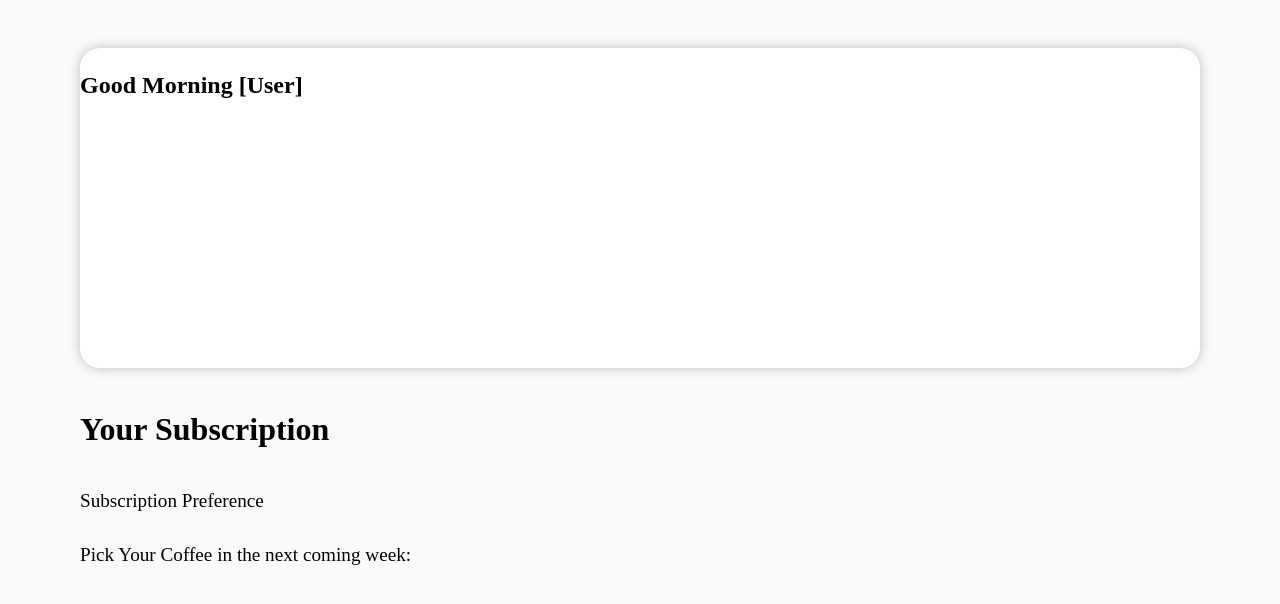
Repository: Haydenleung/COMP-4170-Final-Project
Page: http://localhost/main
An editor plug-in stored every save of this project. The page is shown before and after the next save, followed by the edit.
The browser window is 1280 px wide. The pictures show the whole page.
The page is served by the project's Node server (app.js).

Above is the page before, as saved 2024-03-22 17:40:58.

### views/main.ejs
<%- include('partials/header') %>


    <div class="main-container">
        <div class="main-subcontainer">
            <div class="main-welcome">
                <div class="main-greeting">
                    <h3>Good Morning [User]</h3>
                    <p></p>
                </div>
                <div class="main-feature"></div>
            </div>
            <div class="logo"></div>
        </div>
        <div class="main-content">
            <h4>Your Subscription</h4>
            <div>
                <h5>Subscription Preference</h5>
                <div></div>
            </div>
            <div>
                <h5>Pick Your Coffee in the next coming week:</h5>
                <div></div>
            </div>
        </div>
    </div>

    <%- include('partials/footer') %>

### views/partials/header.ejs
<!DOCTYPE html>
<html lang="en">

<head>
    <meta charset="UTF-8" />
    <meta http-equiv="X-UA-Compatible" content="IE=edge" />
    <meta name="viewport" content="width=device-width, initial-scale=1.0" />
    <link rel="stylesheet" href="styles/main.css" />
    <title>Subscriber Portal</title>
</head>

<body>
    <main>

### app.js
import express from "express";
import pg from "pg";

const app = express();
const port = 3000;

app.set('view engine', 'ejs');

app.use(express.urlencoded({ extended: true }));
app.use(express.static("public"));

app.get("/", (req, res) => {
    res.render("index.ejs");
});

app.get("/register", (req, res) => {
    res.render("register.ejs");
});

app.get("/main", (req, res) => {
    res.render("main.ejs");
});

app.listen(port, () => {
    console.log(`Server running on port ${port}`);
});

### public/styles/main.css
* {
    box-sizing: border-box;
    font-family: "Montserrat";
}

html {
    background-color: #FAFAFA;
    height: 100vh;
    padding: 0;
    margin: 0;
}

body {
    display: flex;
    flex-direction: column;
    padding: 0;
    margin: 0;
    height: 100%;
}

main {
    display: flex;
    flex-grow: 1;
}

.home {
    display: flex;
    flex-direction: row;
    height: 100%;
    width: 100%;
}

.photo {
    object-fit: cover;
    width: 100%;
    height: 100%;
    border-radius: 0 20px 20px 0;
}

.home-photo {
    height: 100%;
    flex-grow: 1;
    overflow: hidden;
}

.home-login {
    min-width: 40rem;
    display: flex;
    flex-direction: column;
    justify-content: center;
    align-items: center;
}

.login-container {
    width: 100%;
    height: 100%;
    display: flex;
    flex-direction: column;
    justify-content: center;
    align-items: center;
    padding: 1rem 8rem;
}

.logo {
    width: 10rem;
    margin-bottom: 4rem;
}

.form-container {
    display: flex;
    flex-direction: column;
    align-items: center;
    /* background-color: grey; */
    width: 100%;
    margin-bottom: 1.5rem;
}

h3 {
    font-size: 1.5em;
}

.form-title {
    text-align: center;
    margin-bottom: 3rem;
}

.form-main {
    width: 100%;
    display: flex;
    flex-direction: column;
    align-items: center;
    gap: 1.5rem;
}

.login-form {
    width: 100%;
}

.login-button {
    width: 100%;
    display: flex;
    flex-direction: column;
    gap: 1.5rem;
    margin-top: 2rem;
}

.forminput {
    width: 100%;
    height: 3rem;
    background-color: transparent;
    border: none;
    border-bottom: 1px solid black;
    padding: 1rem;
    font-size: 1em;
}

.forminput:focus {
    outline: none;
}

.submitbtn,
.regbtn {
    width: 100%;
    height: 3rem;
    border-radius: 6px;
    border: none;
    font-size: 1em;
    font-weight: 600;
    color: white;
    cursor: pointer;
    text-decoration: none;
    display: flex;
    justify-content: center;
    align-items: center;
}

.submitbtn {
    background-color: #73AC92;
}

.regbtn {
    background-color: #969696
}

.regisblue {
    background-color: #3EA1DB;
}

/* Main */

.main-container {
    width: 100%;
    display: flex;
    flex-direction: column;
    align-items: center;
    padding: 3rem 5rem;
}

.main-subcontainer {
    width: 100%;
    height: 20rem;
    background-color: white;
    border-radius: 15pt;
    box-shadow: 0 0 12px rgba(0, 0, 0, 0.25);
}

.main-content {
    width: 100%;
}

h4 {
    font-size: 2em;
}

h5 {
    font-size: 1.2em;
    font-weight: 400;
}

Loaded but not shown: views/partials/footer.ejs (common file)

After the next save:
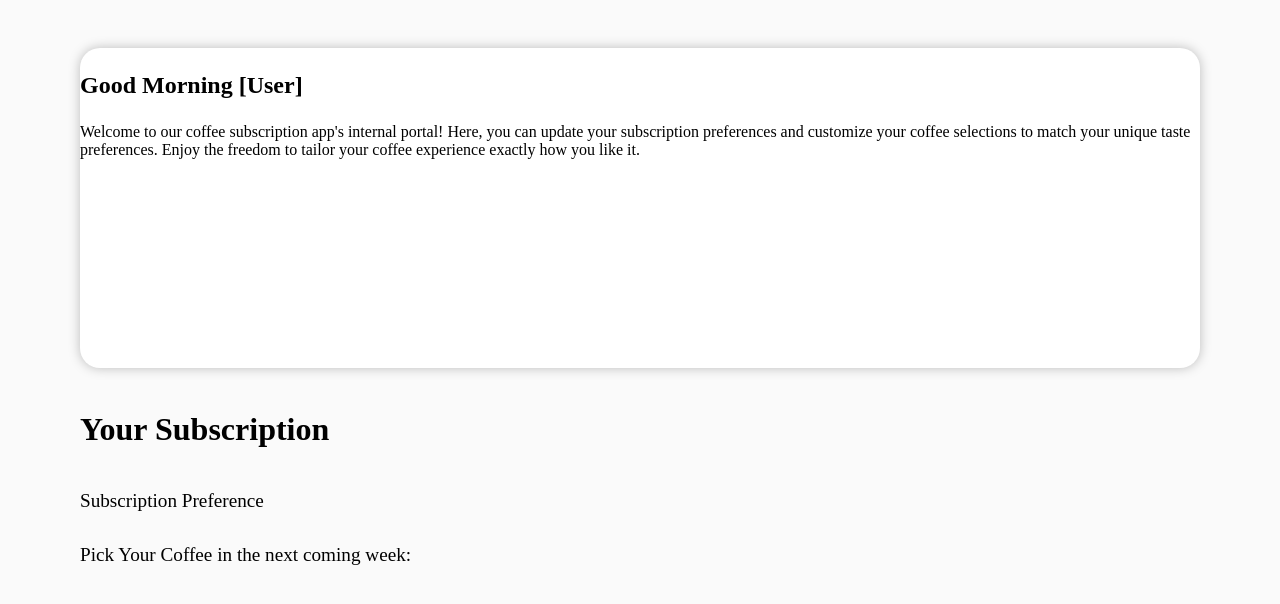
Saved 10 s later.
--- a/views/main.ejs
+++ b/views/main.ejs
@@ -6,7 +6,9 @@
             <div class="main-welcome">
                 <div class="main-greeting">
                     <h3>Good Morning [User]</h3>
-                    <p></p>
+                    <p>Welcome to our coffee subscription app's internal portal! Here, you can update your subscription
+                        preferences and customize your coffee selections to match your unique taste preferences. Enjoy
+                        the freedom to tailor your coffee experience exactly how you like it.</p>
                 </div>
                 <div class="main-feature"></div>
             </div>
